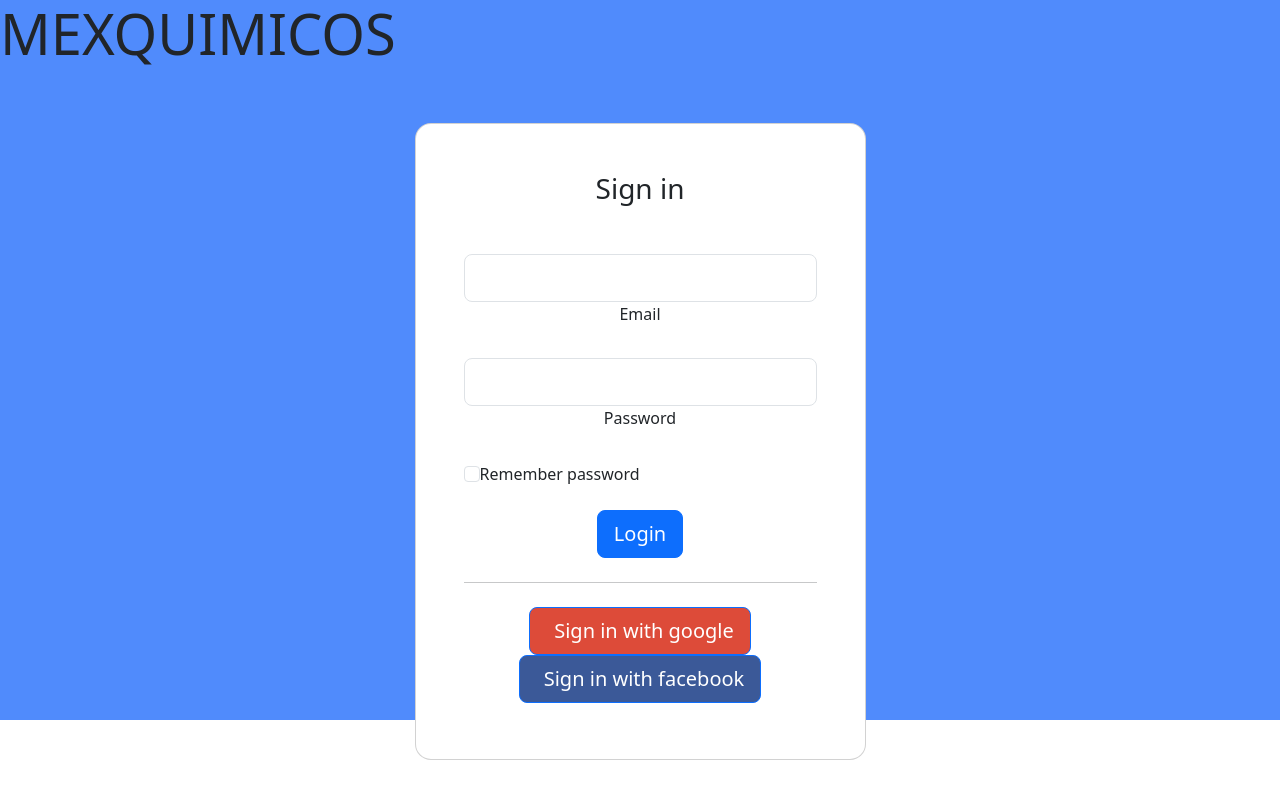
Repository: iDiv3r/MexiQuimicosIsay
Page: Index.html
An editor plug-in stored every save of this project. The page is shown before and after the next save, followed by the edit.
The browser window is 1280 px wide. The pictures show the whole page.

Above is the page before, as saved 2023-11-25 00:33:34.

After the next save:
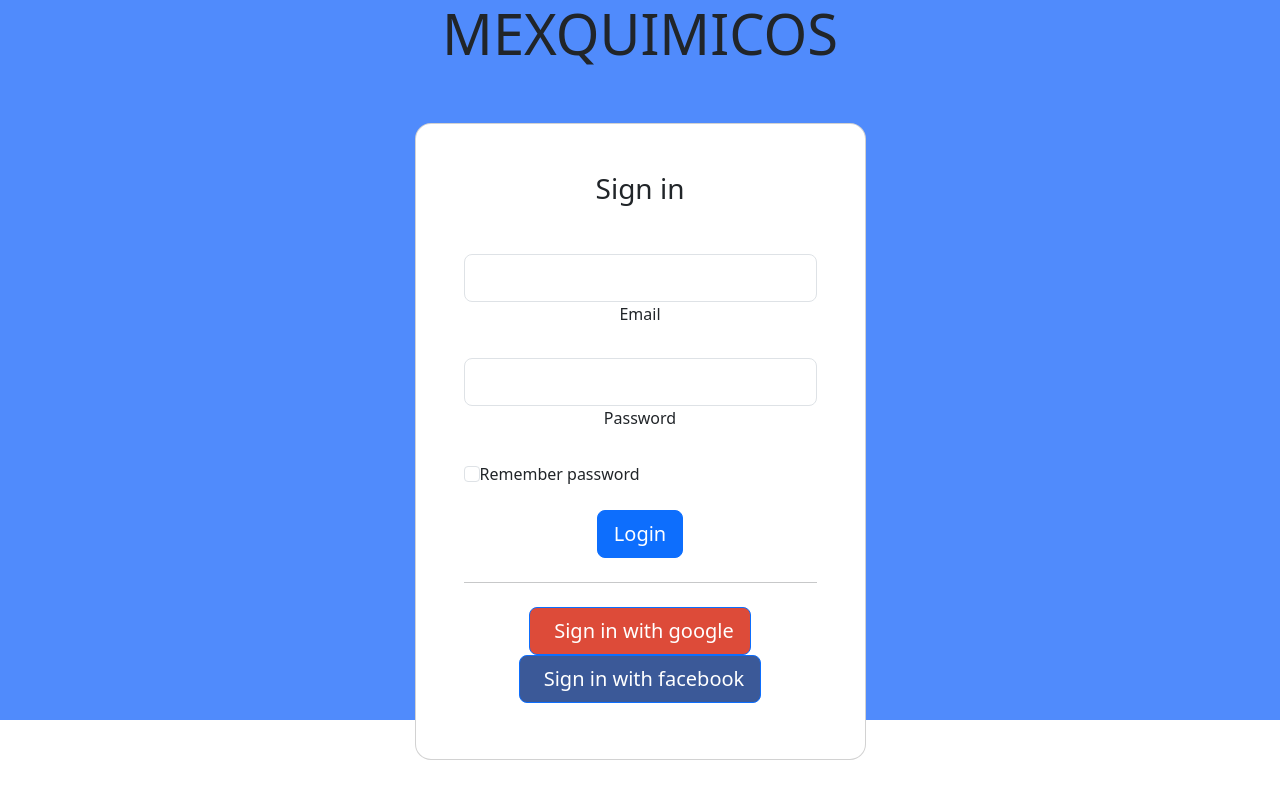
Saved 11 s later.
--- a/Index.html
+++ b/Index.html
@@ -7,7 +7,7 @@
 </head>
 <body>
   <section class="vh-100" style="background-color: #508bfc;">
-    <h1 class="display-4 text-align-center text-dark">MEXQUIMICOS</h1>
+    <h1 class="display-4 text-center text-dark">MEXQUIMICOS</h1>
     <div class="container py-5 h-100">
       <div class="row d-flex justify-content-center align-items-center h-100">
         <div class="col-12 col-md-8 col-lg-6 col-xl-5">
